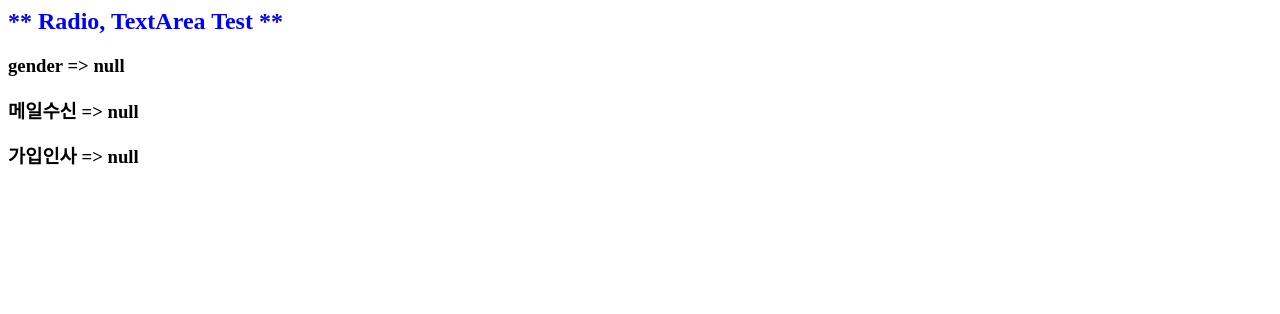
Repository: nameground/Java
Page: http://localhost/Web01/radio
The author's editor kept a copy of each file at every save. The page is drawn from the files as they stood at one save, then again after the next save.
The browser window is 1280 px wide. The pictures show the whole page.
The page is served by Tomcat 9.

Above is the page before, as saved 2023-10-10 07:57:25.

After the next save:
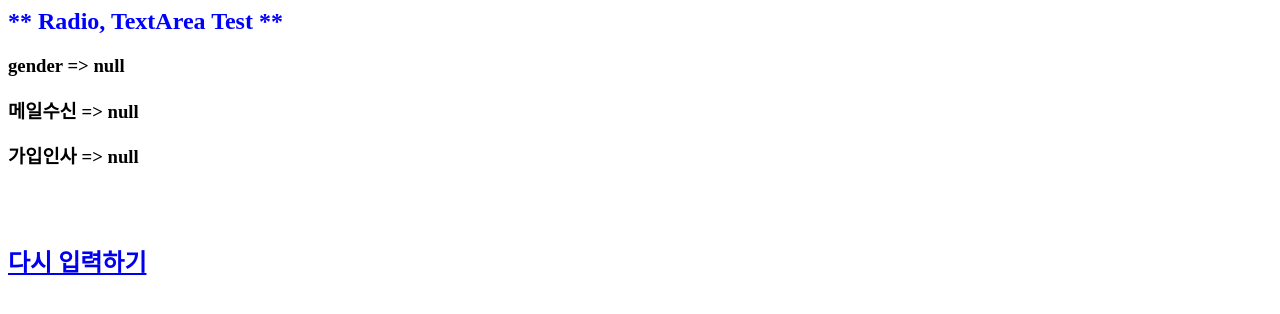
Saved 5 min 20 s later.
--- a/mTest/Mywork/Web01/src/main/java/servlet02_form/Ex02_Radio.java
+++ b/mTest/Mywork/Web01/src/main/java/servlet02_form/Ex02_Radio.java
@@ -37,7 +37,7 @@ public class Ex02_Radio extends HttpServlet {
 		out.print("<h3> gender => " + gender  +"</h3>");
 		out.print("<h3> 메일수신 => " + mailcheck  +"</h3>" );
 		out.print("<h3> 가입인사 => " + content + "</h3>");
-		out.print("<a herf = /Web02/radio>"+"</a>");
+		 out.print("<br><br><h2><a href='javascript:history.go(-1)'>다시 입력하기</a></h2><br>");
 		out.print("</body></html>");
 
 	}
